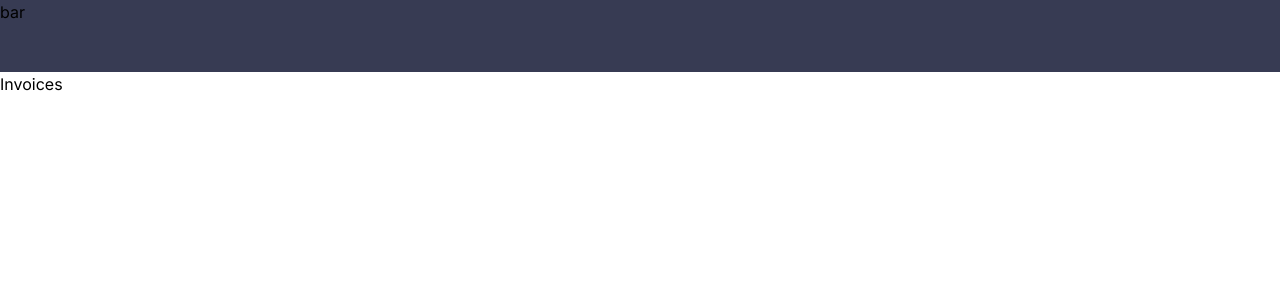
Repository: theoneswhodead/invoice-app
Page: /
The author's editor kept a copy of each file at every save. The page is drawn from the files as they stood at one save, then again after the next save.
The browser window is 1280 px wide. The pictures show the whole page.
The project was rebuilt for these pictures with package versions that can differ from the ones it lists, and the page was loaded fresh each time. The framework's server and built-in components were replaced by stand-ins that run in the browser. Also part of the build but not shown: next.config.mjs.

Above is the page before, as saved 2024-08-19 17:36:50.

After the next save:
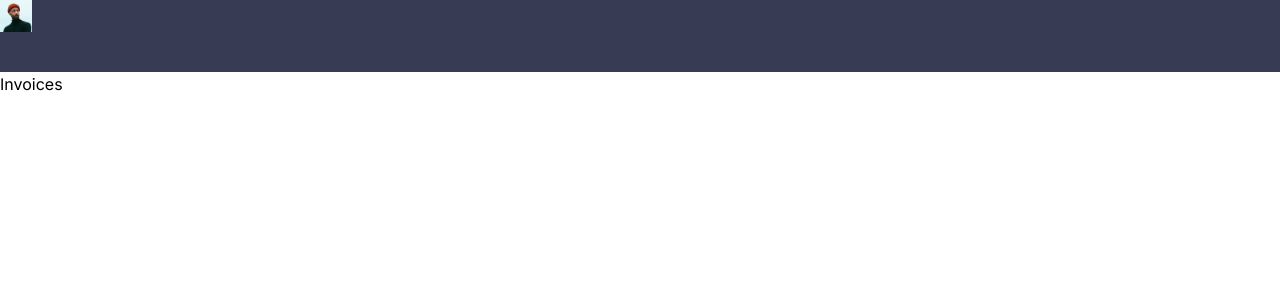
Saved 2 min 7 s later.
--- a/app/components/BarMenu.tsx
+++ b/app/components/BarMenu.tsx
@@ -1,9 +1,20 @@
 import React from 'react'
+import Image from 'next/image'
 
 const BarMenu = () => {
   return (
     <nav className='bg-gray h-[4.5rem]'>
-      bar
+      <div>
+
+      </div>
+      <div>
+        <Image
+            src="/image-avatar.jpg"
+            width={32}
+            height={32}
+            alt="Avatar"
+        />
+      </div>
     </nav>
   )
 }
